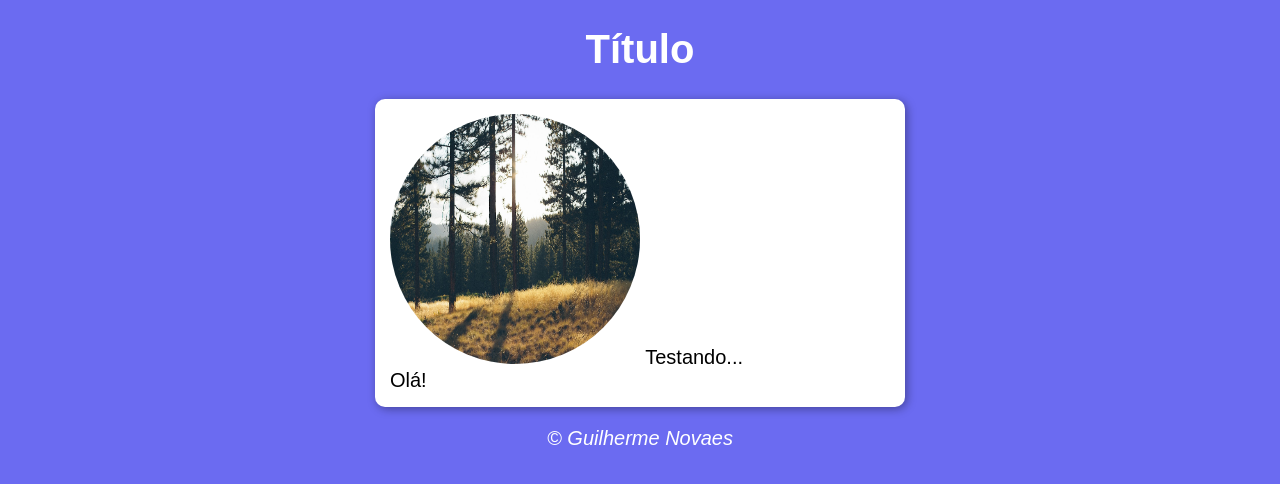
Repository: Guilherme-RNovaes/JavaScript-Curso
Page: Aula 14ex/ex016/index.html
These files come from the project's save history. The page is drawn as it stood at one moment and after the next save; the edit follows.
The browser window is 1280 px wide. The pictures show the whole page.

Above is the page before, as saved 2022-09-06 11:35:56.

### Aula 14ex/ex016/index.html
<!DOCTYPE html>
<html lang="pt-br">
<head>
    <meta charset="UTF-8">
    <meta http-equiv="X-UA-Compatible" content="IE=edge">
    <meta name="viewport" content="width=device-width, initial-scale=1.0">
    <title>Modelo de Exercício</title>
    <link rel="stylesheet" href="src/Style/style.css">
</head>
<body>
    <header>
        <h1>Título</h1>
    </header>
    <section>
        <div>
            <img src="src/img/Foto-manha.jpg" alt="imagem da manha">
            Testando...
        </div>
        <div>
            Olá!
        </div>
    </section>
    <footer>
        <p>&copy; Guilherme Novaes</p>
    </footer>
    <script src="script.js"></script>
</body>
</html>

### Aula 14ex/ex016/src/Style/style.css
body{
    background-color: rgb(107, 107, 241);
    font: normal 15pt Arial;
}
header {
    color: white;
    text-align: center;
}

section{
    background-color: white;
    border-radius: 10px;
    padding: 15px;
    width: 500px;
    margin: auto;
    box-shadow: 2px 2px 10px rgba(0, 0, 0, 0.36);
}

footer{
    color: white;
    text-align: center;
    font-style: italic;
}

div img{
    width: 250px;
    height: 250px;
    border-radius: 100%;
}

Loaded but not shown: Aula 14ex/ex016/script.js (no copy from this time; the picture is the same without it)

After the next save:
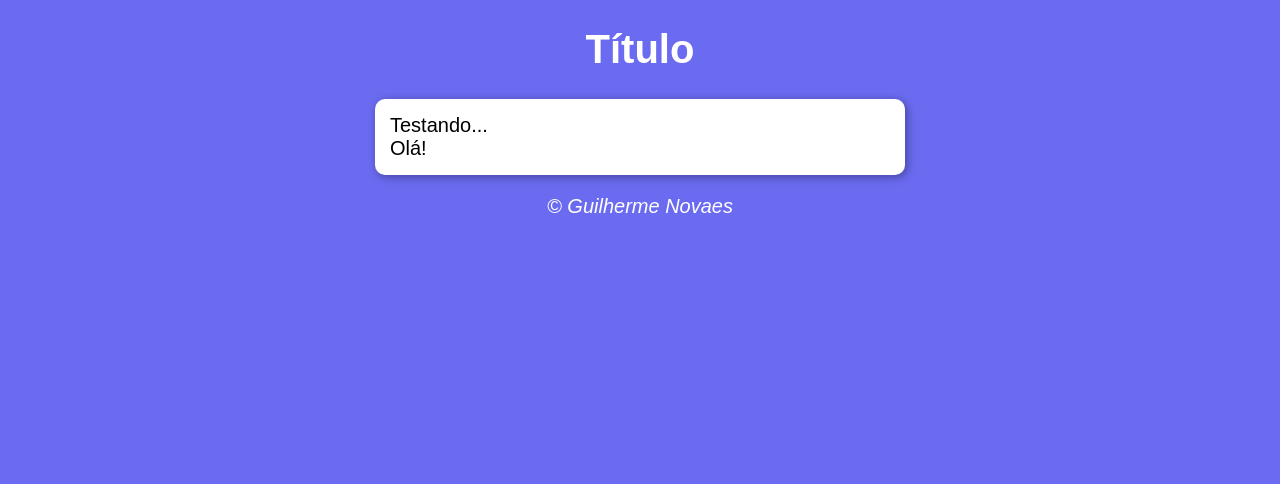
Saved 13 min 26 s later.
--- a/Aula 14ex/ex016/index.html
+++ b/Aula 14ex/ex016/index.html
@@ -13,7 +13,6 @@
     </header>
     <section>
         <div>
-            <img src="src/img/Foto-manha.jpg" alt="imagem da manha">
             Testando...
         </div>
         <div>
